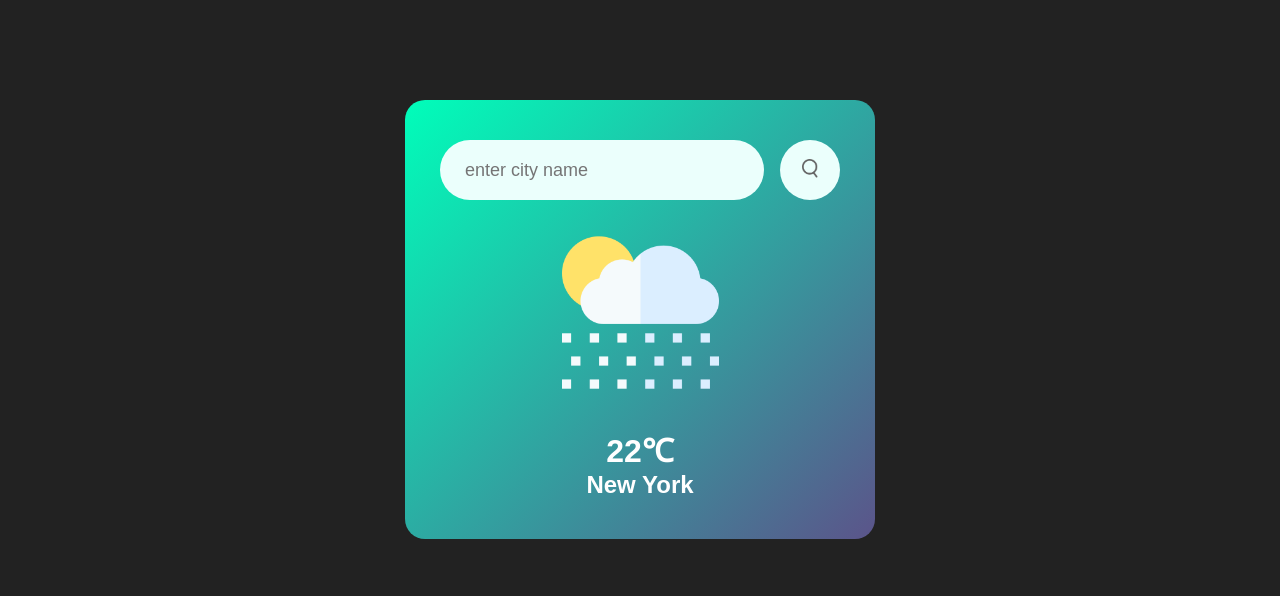
Repository: Alphosmart/weather
Page: index.html
An editor plug-in stored every save of this project. The page is shown before and after the next save, followed by the edit.
The browser window is 1280 px wide. The pictures show the whole page.

Above is the page before, as saved 2024-07-17 16:33:39.

After the next save:
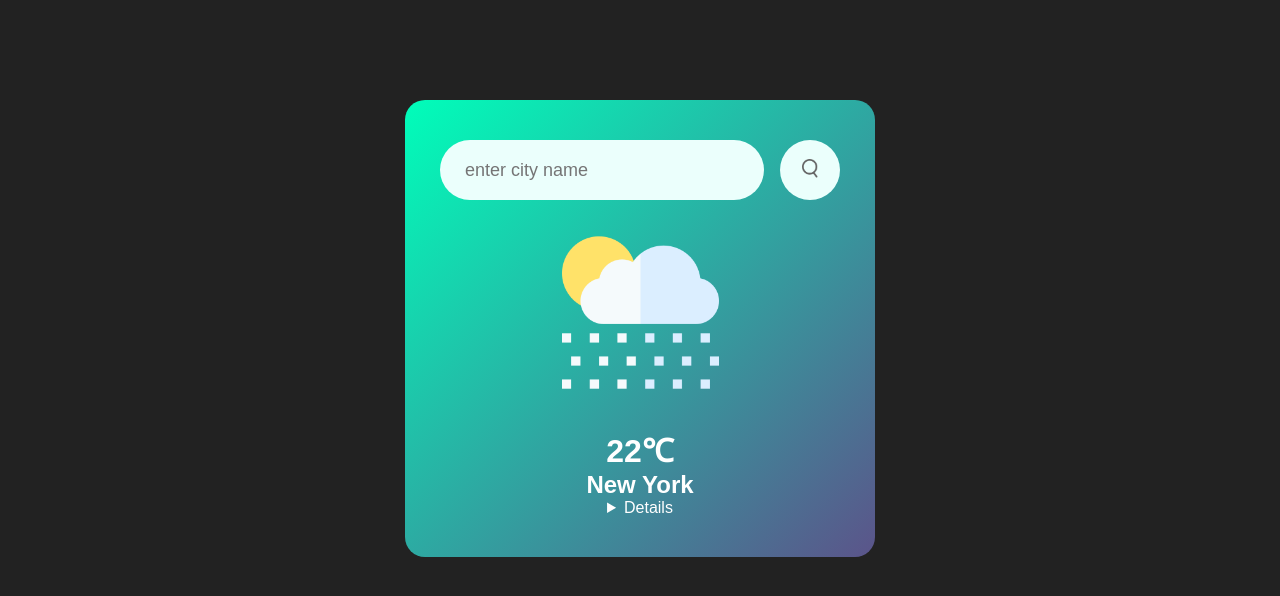
Saved 68 s later.
--- a/index.html
+++ b/index.html
@@ -16,6 +16,12 @@
         <img src="images/rain.png" class="weather-icon" />
         <h1 class="temp">22℃</h1>
         <h2 class="city">New York</h2>
+        <details>
+          <div class="col">
+            <img src="images/humidity.png" alt="" />
+            <div>p.humidty</div>
+          </div>
+        </details>
       </div>
     </div>
   </body>
